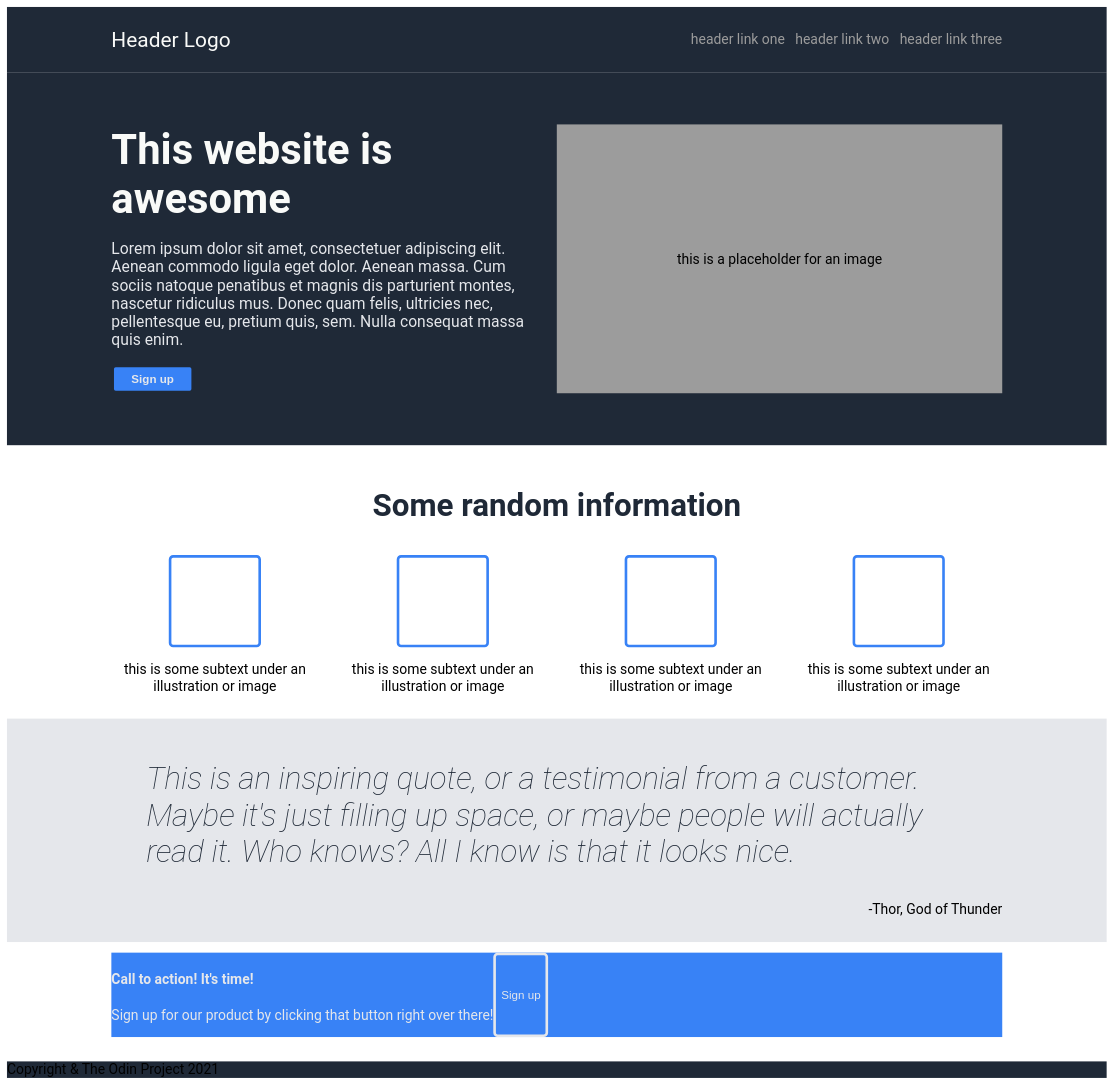
Repository: evemcd/odin_project
Page: odin-project2-landing-page/index.html
The author's editor kept a copy of each file at every save. The page is drawn from the files as they stood at one save, then again after the next save.
The browser window is 1280 px wide. The pictures show the whole page, at 87% of full size.

Above is the page before, as saved 2022-02-08 11:26:09.

### odin-project2-landing-page/index.html
<!DOCTYPE html>
<html lang="en">
<head>
    <meta charset="UTF-8">
    <title>Odin Project 2 Landing Page</title>
    <link rel="stylesheet" href="style.css">
</head>

<body>
    <header>
        <span>Header Logo</span>
        <ul>
            <li><a href="#">header link one</a></li>
            <li><a href="#">header link two</a></li>
            <li><a href="#">header link three</a></li>
        </ul>
    </header>

    <div class="container1">
        <div>
            <h2>This website is awesome</h2>
            <p>Lorem ipsum dolor sit amet, consectetuer adipiscing elit. Aenean commodo ligula eget dolor. Aenean massa. Cum sociis natoque penatibus et magnis dis parturient montes, nascetur ridiculus mus. Donec quam felis, ultricies nec, pellentesque eu, pretium quis, sem. Nulla consequat massa quis enim.</p>
            <button>Sign up</button>
        </div>
        <div class="placeholder">
            <span>this is a placeholder for an image</span>
        </div>
    </div>

    <div class="container2">
        <h3>Some random information</h3>
        <div class="boxContainer">
            <div class="boxes">
                <div class="box"></div>
                <p>this is some subtext under an illustration or image</p>
            </div>
            <div class="boxes">
                <div class="box"></div>
                <p>this is some subtext under an illustration or image</p>
            </div>
            <div class="boxes">
                <div class="box"></div>
                <p>this is some subtext under an illustration or image</p>
            </div>
            <div class="boxes">
                <div class="box"></div>
                <p>this is some subtext under an illustration or image</p>
            </div>
        </div>
    </div>

    <div class="container3">
        <blockquote>This is an inspiring quote, or a testimonial from a customer. Maybe it's just filling up space, or maybe people will actually read it. Who knows? All I know is that it looks nice.</blockquote>
        <p>-Thor, God of Thunder</p>
    </div>

    <div class="container4">
        <div class="blueBox">
            <div>
            <h4>Call to action! It's time!</h4>
            <p>Sign up for our product by clicking that button right over there!</p>
        </div>
        <button>Sign up</button>
        </div>
    </div>

    <footer>
        <p>Copyright &amp; The Odin Project 2021</p>
    </footer>
</body>
</html>

### odin-project2-landing-page/style.css
body {
    font-family: roboto, sans-serif;
}

header,
.container1,
footer {
    background-color: #1F2937;
}

.container2,
.container4 {
    background-color: white;
}

header {
    display: flex;
    align-items: center;
    justify-content: space-between;
    padding: 12px 120px;
}

header>span {
    font-size: 24px;
    color: #F9FAF8;
}

header>ul {
    list-style: none;
    display: flex;
    gap: 12px;
}

header a {
    text-decoration: none;
    color: #9c9c9c;
}

.container1 {
    display: flex;
    flex: 1;
    padding: 60px 120px;
}

.container1 h2 {
    font-size: 48px;
    font-weight: extra-bold;
    color: #F9FAF8;
    margin: 0;
}

.container1 p {
    font-size: 18px;
    color: #E5E7EB;
}

.placeholder {
    background-color: #9c9c9c;
    width: 50%;
    flex-shrink: 0;
    margin-left: 24px;
    display: flex;
    justify-content: center;
    align-items: center;
}

.container1 button {
    background-color: #3882F6;
    color: #E5E7EB;
    font-weight: bold;
    border-radius: 5px;
    border: 3px solid #1F2937;
    padding: 6px 20px;
}

.container2 {
    padding: 12px 120px;
}

.container2 h3 {
    font-size: 36px;
    font-weight: extra-bold;
    color: #1F2937;
    text-align: center;
}

.boxContainer {
    display: flex;
    justify-content: space-between;
    gap: 24px;

}

.boxes {
    display: flex;
    flex-direction: column;
    align-items: center;
}

.boxes p {
    text-align: center;
}

.box {
    width: 100px;
    height: 100px;
    border: 3px solid #3882F6;
    border-radius: 5px;
}

.container3 {
    background-color: #E5E7EB;
    padding: 12px 120px;
}

blockquote {
    font-size: 36px;
    font-weight: lighter;
    font-style: italic;
    color: #1F2937;
}

.container3 p {
    text-align: right;
}

.blueBox {
    background-color: #3882F6;
    color: #E5E7EB;
    display: flex;
}

.container4 {
    padding: 12px 120px;
}

.container4 button {
    background-color: #3882F6;
    color: #E5E7EB;
    border-radius: 5px;
    border: 3px solid #E5E7EB
}

After the next save:
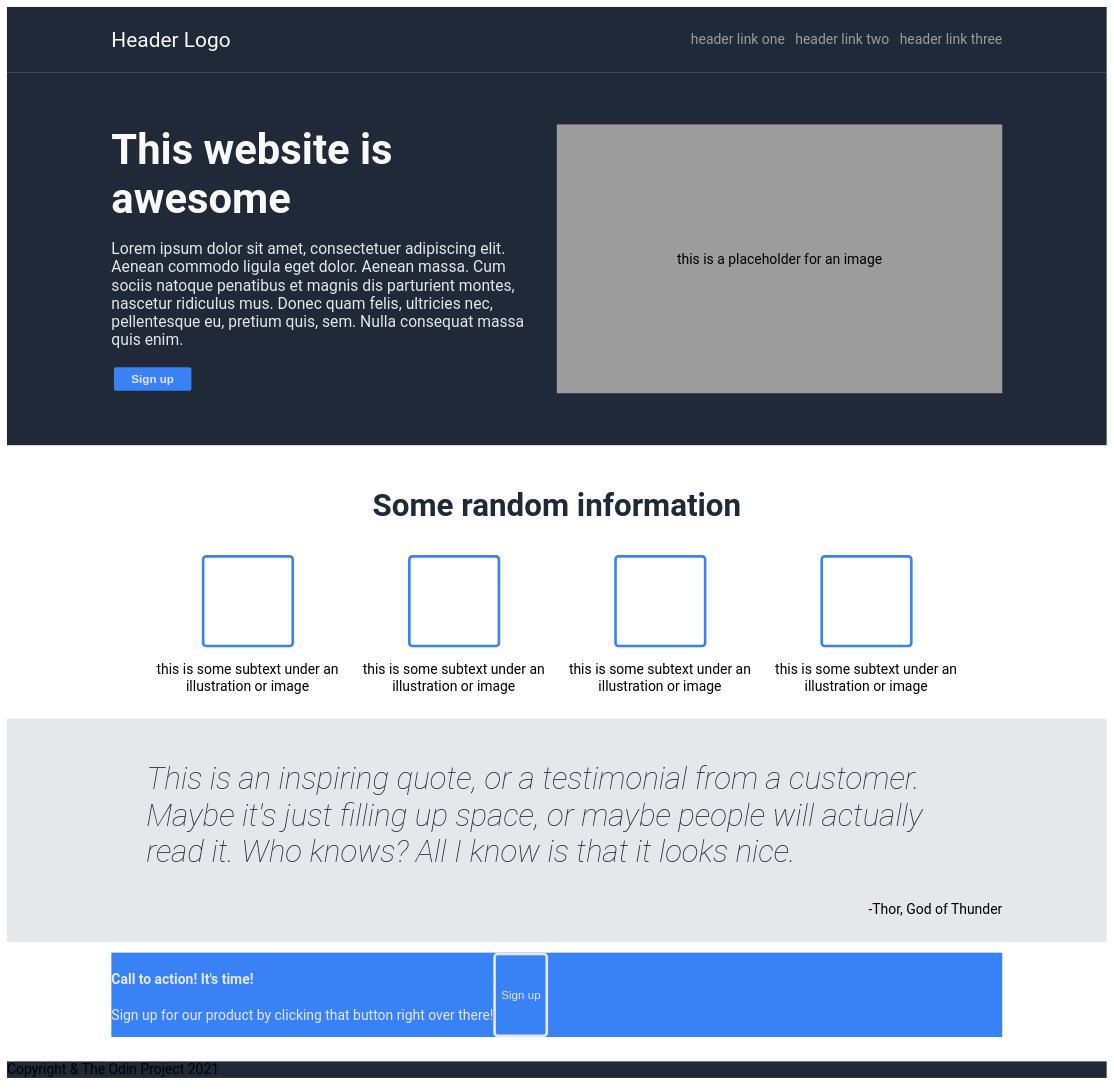
Saved 19 s later.
--- a/odin-project2-landing-page/style.css
+++ b/odin-project2-landing-page/style.css
@@ -88,7 +88,7 @@ header a {
     display: flex;
     justify-content: space-between;
     gap: 24px;
-
+    padding: 0 50px;
 }
 
 .boxes {

After the save that followed:
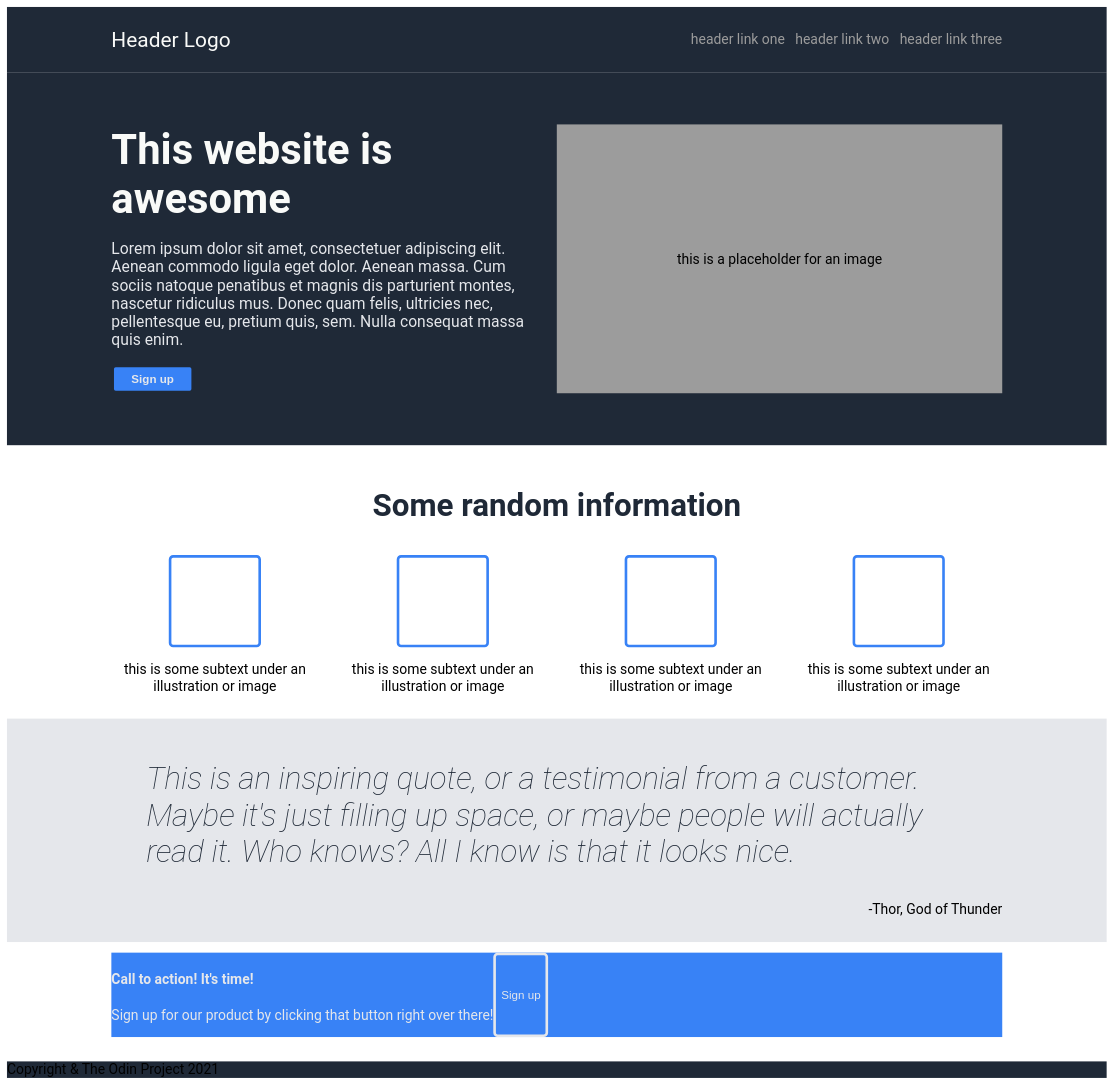
Saved 17 s later.
--- a/odin-project2-landing-page/style.css
+++ b/odin-project2-landing-page/style.css
@@ -86,9 +86,8 @@ header a {
 
 .boxContainer {
     display: flex;
-    justify-content: space-between;
+    justify-content: space-around;
     gap: 24px;
-    padding: 0 50px;
 }
 
 .boxes {
